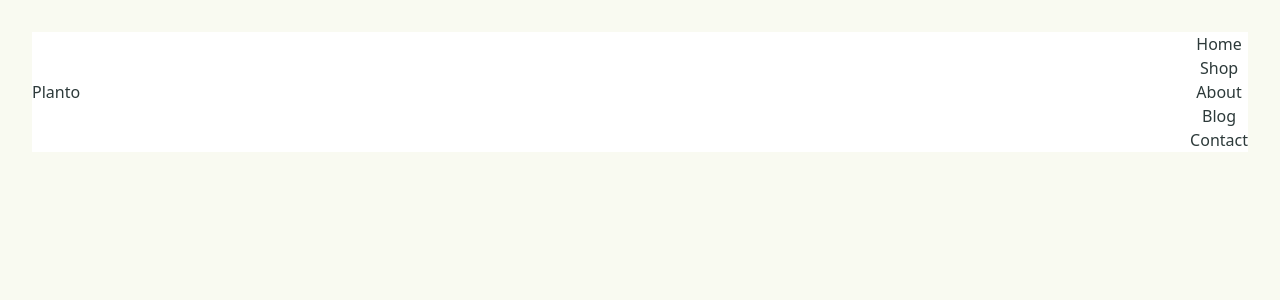
Repository: mazenessam99/Planto
Page: /
An editor plug-in stored every save of this project. The page is shown before and after a run of saves, followed by the edit.
The browser window is 1280 px wide. The pictures show the whole page.
The project was rebuilt for these pictures with package versions that can differ from the ones it lists, and the page was loaded fresh each time. Also part of the build but not shown: vite.config.js, src/components/ui/Button.jsx.

Above is the page before, as saved 2025-11-21 21:47:37.

### index.html
<!doctype html>
<html lang="en">
  <head>
    <meta charset="UTF-8" />
    <link rel="icon" type="image/svg+xml" href="/vite.svg" />
    <meta name="viewport" content="width=device-width, initial-scale=1.0" />
    <title>plants_website</title>
  </head>
  <body>
    <div id="root"></div>
    <script type="module" src="/src/main.jsx"></script>
  </body>
</html>

### src/index.css
@import "tailwindcss";
@import "tailwindcss/theme" layer(theme);
@theme {
  --color-primary: #2D3A3A;
  --color-forest:#386641;
  --color-secondary: #8DB098;
  --color-Terracotta: #C27357;
  --color-sky:#B0D0D3;
  --font-cairo: "Cairo", sans-serif;

  --spacing-128: 32rem;
}

/* ----- BASE ----- */
@layer base {
  body {
    @apply  bg-[#F9FAF1] text-gray-900;
  }
}

/* ----- COMPONENTS ----- */
@layer components {
  .btn {
    @apply bg-primary text-white px-4 py-2 rounded-lg hover:bg-primary/90;
  }
  .btn-danger{
    @apply bg-red-400 text-white
  }

  .card {
    @apply bg-white p-6 rounded-xl shadow;
  }

}

### src/App.jsx

import './App.css'
import Button from './components/ui/Button'
import Home from './pages/Home'

function App() {


  return (
    <>
      <Home/>


    </>
  )
}

export default App

### src/pages/Home.jsx

import Navbar from '../components/layout/Navbar'

const Home = () => {
  return (
    <div>
        <Navbar/>
    </div>
  )
}

export default Home

### src/components/layout/Navbar.jsx

import { NavLink } from "react-router-dom"
import { NAVBAR_LINKS } from "../../utils/constants"


const Navbar = () => {
    return (
        <nav className="bg-white">
            <div className=" flex justify-between items-center">
                <h1 className="text-primary">Planto</h1>
                <ul>

                {NAVBAR_LINKS.map((link) => (
                    <li key={link.id}>
                        <NavLink to={link.path} className={"text-primary"}>{link.label}</NavLink>
                    </li>
                ))}
            </ul>
            </div>
        </nav>
    )
}

export default Navbar

### src/utils/constants.js
export const NAVBAR_LINKS=[
    {id:1,label:'Home',path:'/'},
    {id:2,label:'Shop',path:'/shop'},
    {id:3,label:'About',path:'/about'},
    {id:4,label:'Blog',path:'/blog'},
    {id:5,label:'Contact',path:'/contact'},
]

Loaded but not shown: src/main.jsx (common file); src/App.css (common file)

After the next 6 saves:
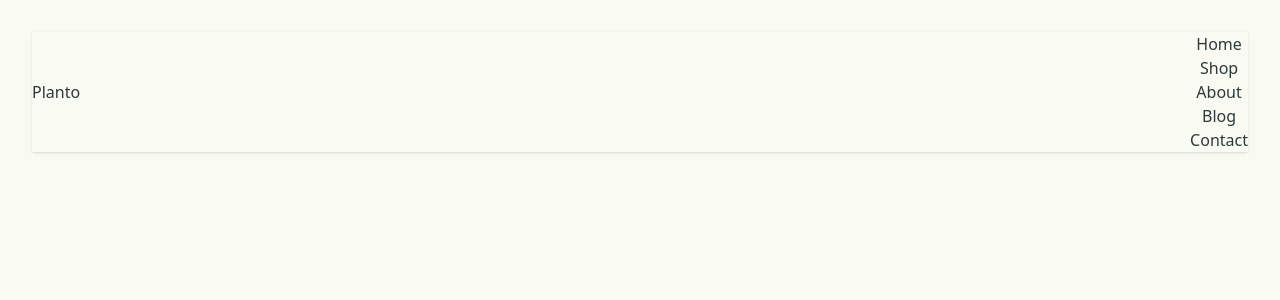
The 6 saves are shown as one change because they came seconds apart.
The last was saved 13 s later.
--- a/src/components/layout/Navbar.jsx
+++ b/src/components/layout/Navbar.jsx
@@ -5,7 +5,7 @@ import { NAVBAR_LINKS } from "../../utils/constants"
 
 const Navbar = () => {
     return (
-        <nav className="bg-white">
+        <nav className="shadow">
             <div className=" flex justify-between items-center">
                 <h1 className="text-primary">Planto</h1>
                 <ul>
